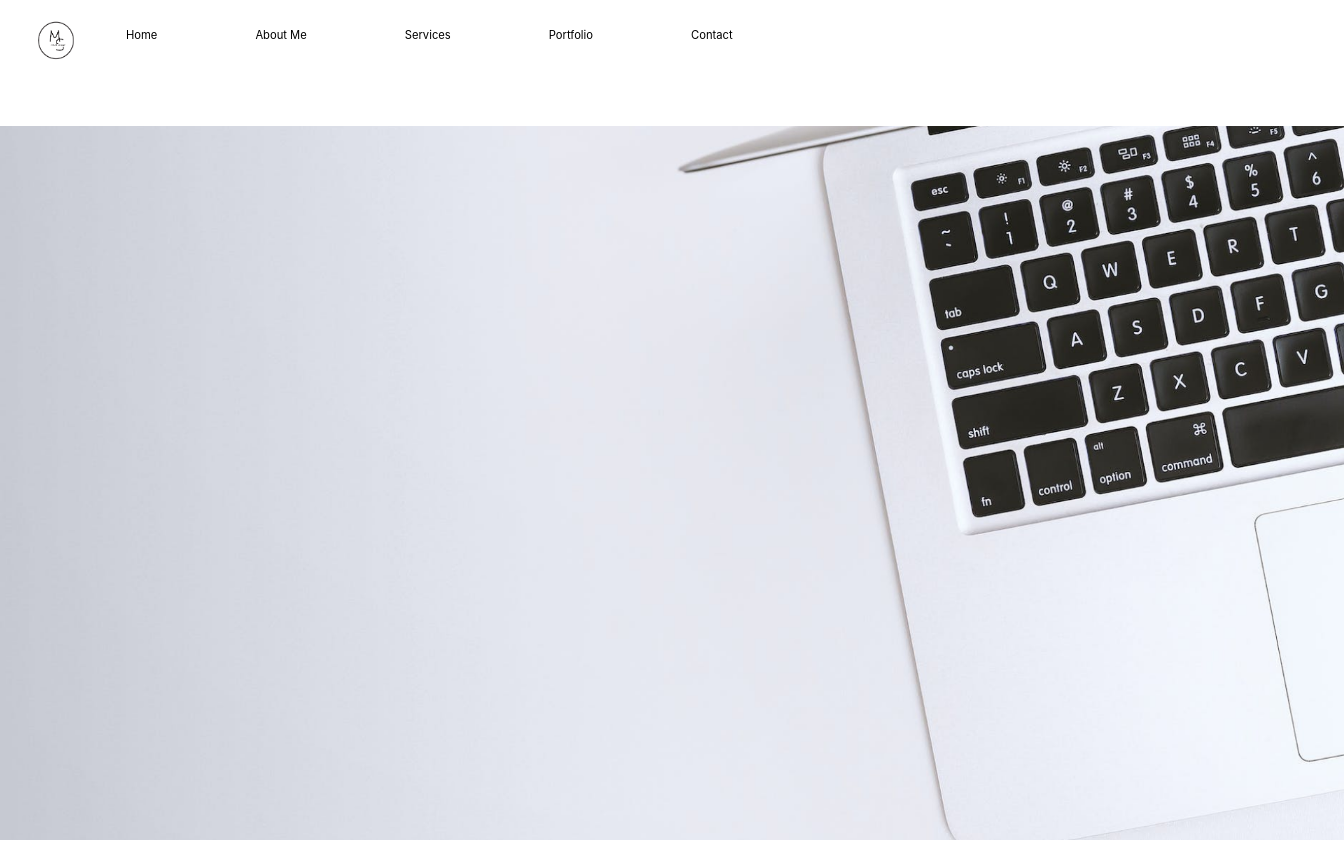
Repository: MEROO1010/Portfolio-2
Page: /
An editor plug-in stored every save of this project. The page is shown before and after the next save, followed by the edit.
The browser window is 1280 px wide. The page is 1920 px wide, so the pictures cover 1920 px, including what lies to the right of the window. The pictures show the whole page, at 70% of full size.
The project was rebuilt for these pictures with package versions that can differ from the ones it lists, and the page was loaded fresh each time.

Above is the page before, as saved 2023-12-16 10:54:07.

After the next save:
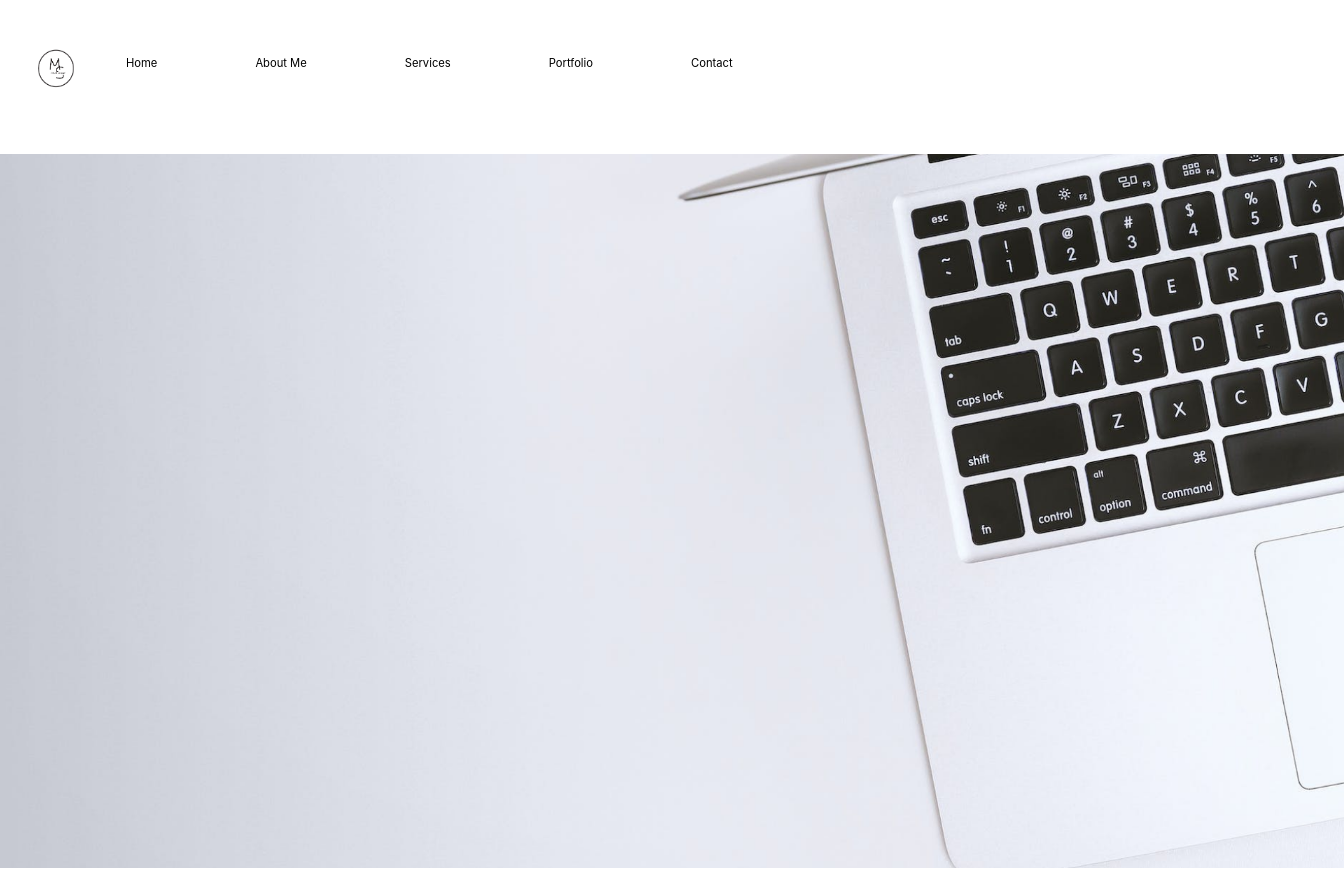
Saved 5 s later.
--- a/src/components/Navbar.js
+++ b/src/components/Navbar.js
@@ -25,7 +25,7 @@
   padding-top:40px;
   background-color:white;
   position:static;
-  top:40px;
+  margin-top:40px;
   ul{
    list-style-type: none;
   margin: 0;

After the save that followed:
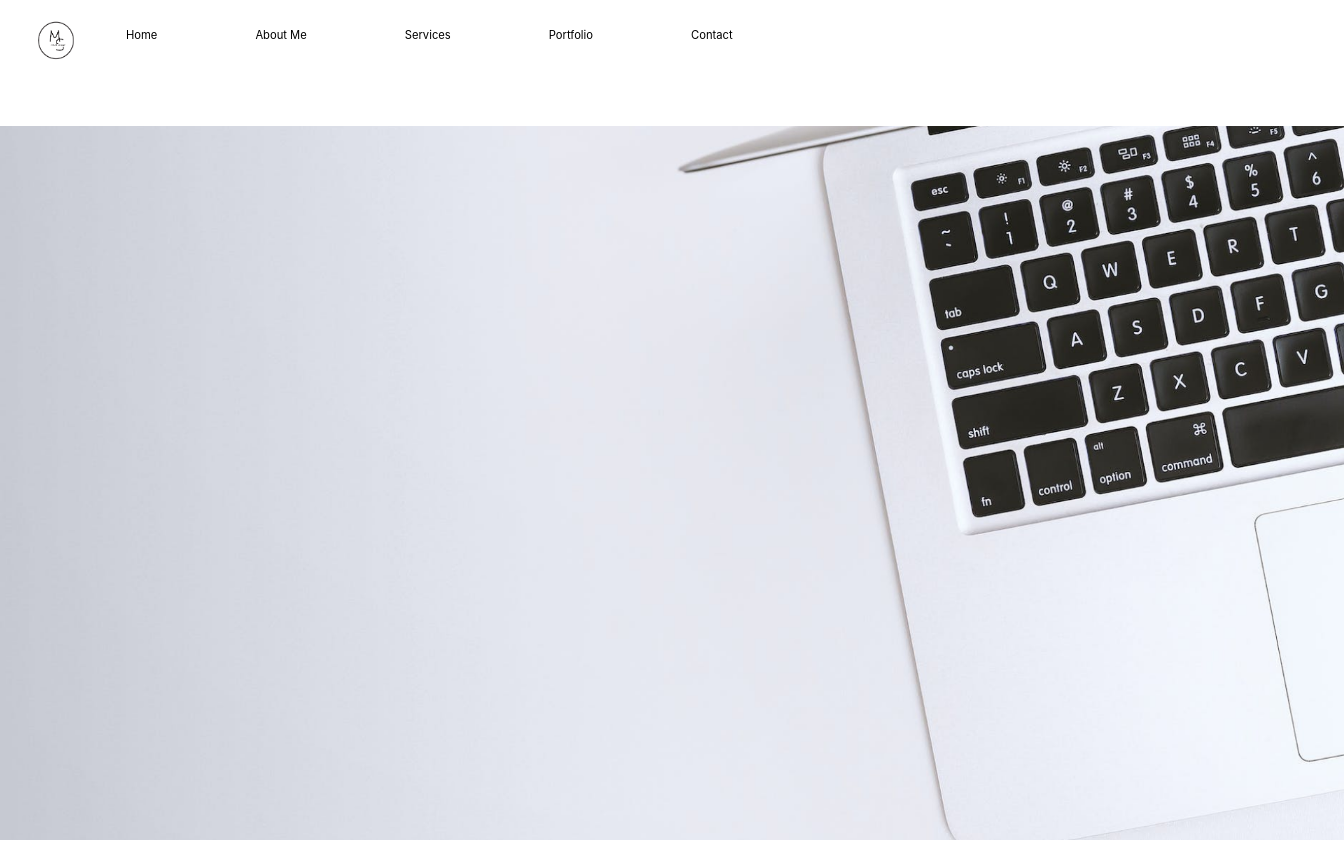
Saved 6 s later.
--- a/src/components/Navbar.js
+++ b/src/components/Navbar.js
@@ -25,7 +25,7 @@
   padding-top:40px;
   background-color:white;
   position:static;
-  margin-top:40px;
+  margin-bottom:40px;
   ul{
    list-style-type: none;
   margin: 0;
